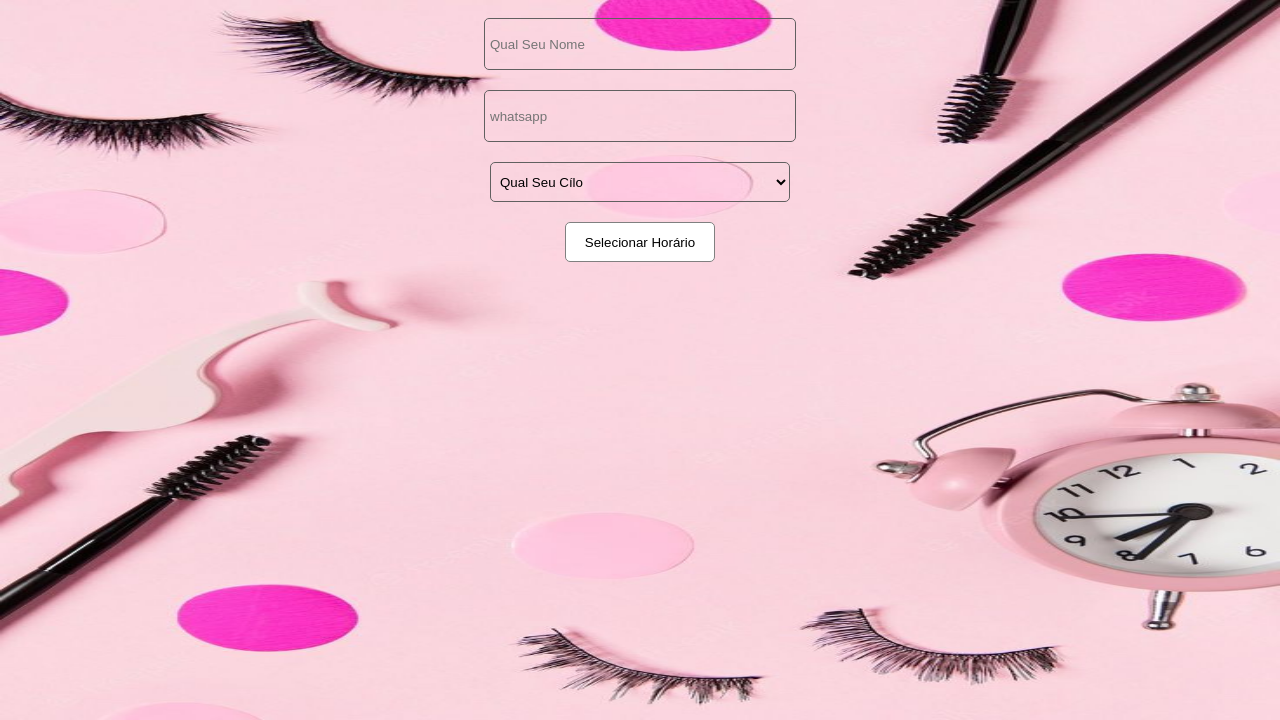
Repository: ketlyn-lash-designer/Ketlyn_Lash_Designer
Page: src/Pages/Home.html
The author's editor kept a copy of each file at every save. The page is drawn from the files as they stood at one save, then again after a run of saves.
The browser window is 1280 px wide. The pictures show the whole page.
The pointer rests on the first visible `button`.

Above is the page before, as saved 2024-03-27 22:19:09.

### src/Pages/Home.html
<!DOCTYPE html>
<html lang="pt-BR">
  <head>
    <meta charset="UTF-8" />
    <meta name="viewport" content="width=device-width, initial-scale=1.0" />
    <link rel="stylesheet" href="../Styles/Home.css" />

    <title>ketlyn_lash_designer.com</title>
  </head>
  <body>
    <div class="form">
      <input placeholder="Qual Seu Nome" type="text" name="nome" />
      <input placeholder="whatsapp" type="text" name="whatsapp" />
      <select name="tipo_cilio">
        <option value="cilios_posticos">Qual Seu Cílo</option>
        <option value="curvex">Curvex</option>
      </select>
      <button>Selecionar Horário</button>
    </div>
  </body>
</html>

### src/Styles/Home.css
body {
  background-image: url("../images/lash_2.jpeg");
  background-size: 100% 100%;
  background-position: center;
  background-attachment: fixed;
  background-repeat: no-repeat;
}

.form {
  display: flex;
  flex-direction: column;
  justify-content: center;
  align-items: center;
}

input,
select {
  width: 300px;
  height: 40px;
  margin: 10px;
  padding: 5px;
  border: 1px solid rgb(97, 96, 96);
  border-radius: 5px;
  background-color: transparent;
}

button {
  width: 150px;
  height: 40px;
  margin: 10px;
  padding: 5px;
  background-color: transparent;
  border: 1px solid grey;
  border-radius: 5px;
}

button:focus {
  outline: 2px solid #ff0000; /* Substitua #ff0000 pela cor desejada */
}

button:hover {
  background-color: white;
}

After the next 2 saves:
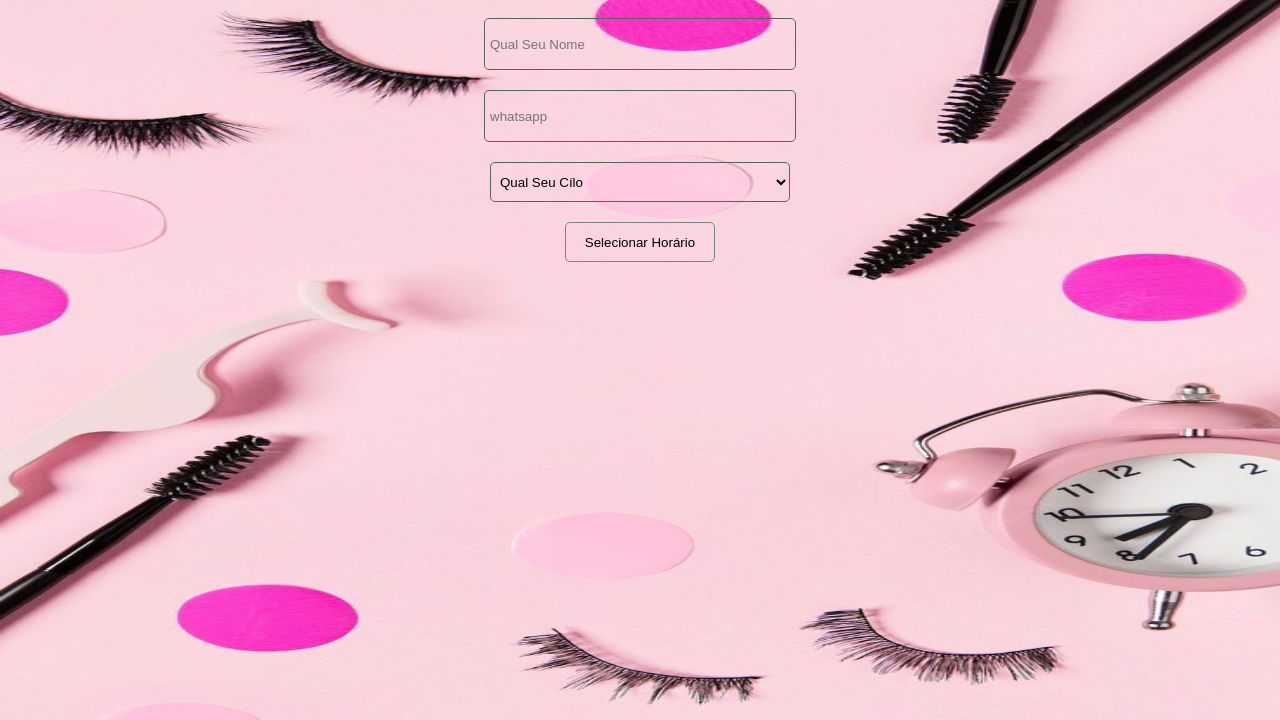
The 2 saves are shown as one change because they came seconds apart.
The last was saved 31 s later.
--- a/src/Styles/Home.css
+++ b/src/Styles/Home.css
@@ -39,5 +39,5 @@ button:focus {
 }
 
 button:hover {
-  background-color: white;
+  background-color: transparent;
 }
